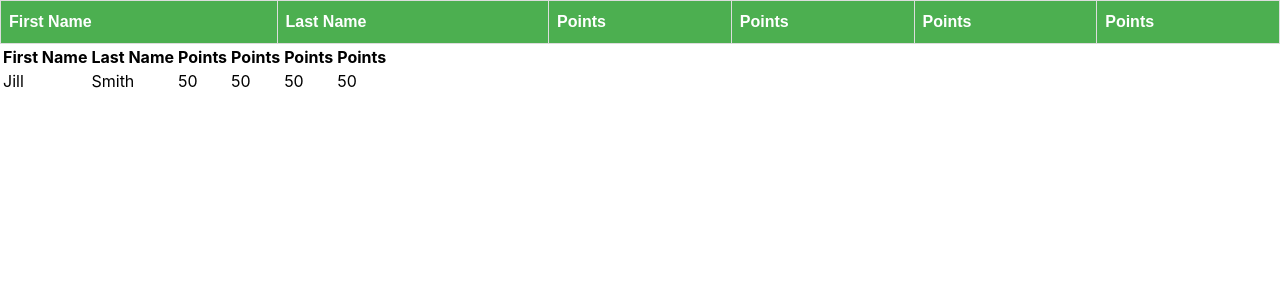
Repository: Rubin78/Firstairport
Page: /
These files come from the project's save history. The page is drawn as it stood at one moment and after the next save; the edit follows.
The browser window is 1280 px wide. The pictures show the whole page.
The page's requests for data from a server got no answer. The project was rebuilt for these pictures with package versions that can differ from the ones it lists, and the page was loaded fresh each time. No one was signed in, and anything a server would have sent is missing.

Above is the page before, as saved 2021-03-27 16:38:39.

After the next save:
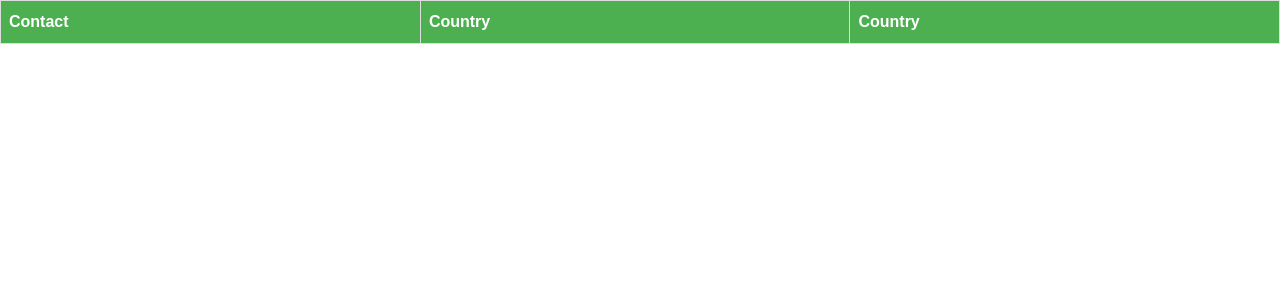
Saved 99 s later.
--- a/src/App.js
+++ b/src/App.js
@@ -928,35 +928,27 @@ const App = () => {
    };
   return (
     <div>
-
-{
       <table id="customers">
-         <tr>
-          <th>First Name</th>
-                  <th>Last Name</th>
-                  <th>Points</th>
-                  <th>Points</th>
-                  <th>Points</th>
-                  <th>Points</th>
-                </tr>
+        <tr>
+          <th>Contact</th>
+          <th>Country</th>
+          <th>Country</th>
+        </tr>
         {taskListingData &&
           Object.entries(taskListingData).map((task) => (
             <>
               {task.map((item) => (
                 <div>
                   <tr>
-                    <td>{item.name} </td>
-
+                    <td>{item.name}</td>
+                    <td>{item.name}</td>
+                    <td>{item.name}</td>
                   </tr>
                 </div>
               ))}
             </>
           ))}
       </table>
-}
-
-<DataTable />
-
     </div>
   );
 };
